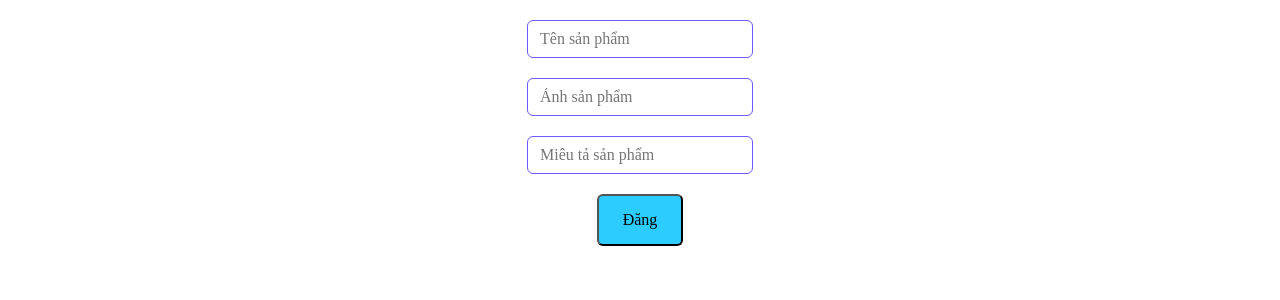
Repository: nguyennam1029/tettt
Page: index.html
An editor plug-in stored every save of this project. The page is shown before and after the next save, followed by the edit.
The browser window is 1280 px wide. The pictures show the whole page.

Above is the page before, as saved 2022-05-30 15:14:55.

After the next save:
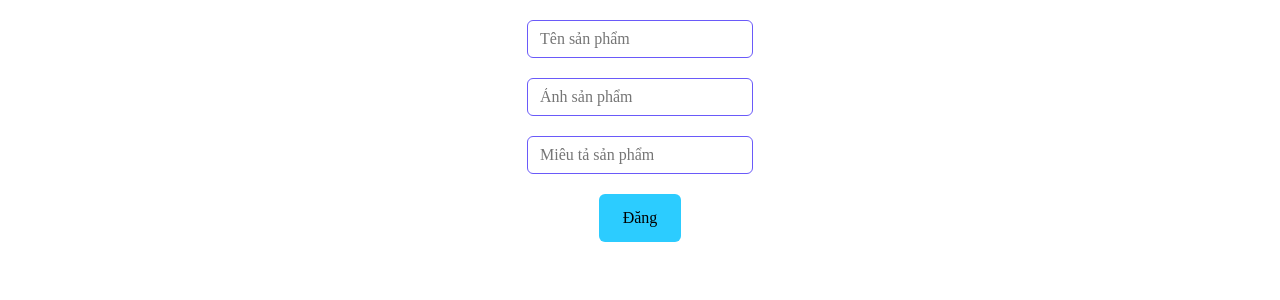
Saved 11 s later.
--- a/css/style.css
+++ b/css/style.css
@@ -63,7 +63,7 @@ h6 {
     margin-top: 20px;
     background-color: #2cccff;
     outline: none;
-
+    border: none;
     padding: 12px 24px;
     border-radius: 6px;
     -webkit-border-radius: 6px;
